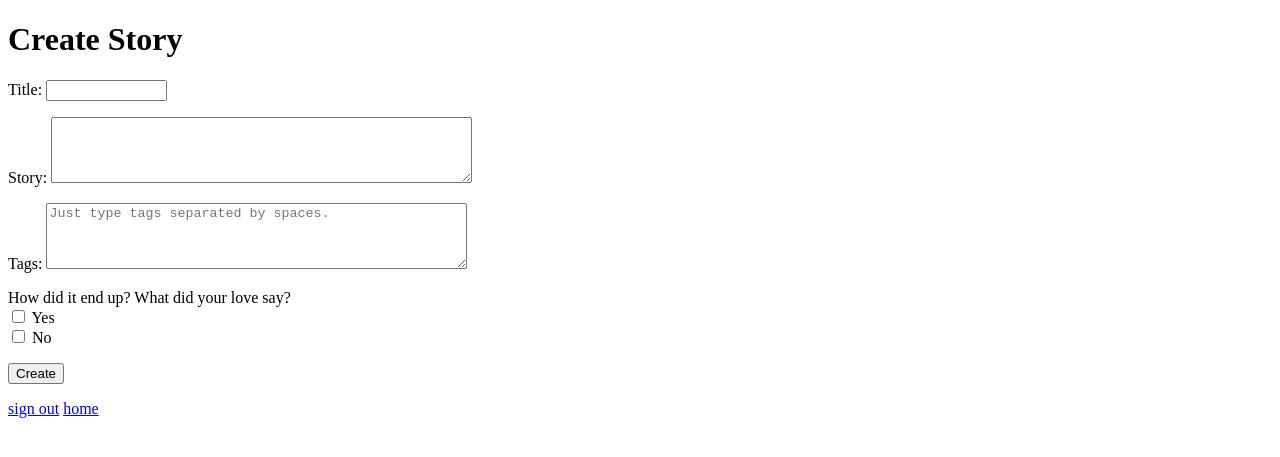
Repository: seantao97/publicProjects
Page: GuessTwoo/v8/Aptana Javascript/GuessTwooServer/views/update_conclude.html
These files come from the project's save history. The page is drawn as it stood at one moment and after the next save; the edit follows.
The browser window is 1280 px wide. The pictures show the whole page.

Above is the page before, as saved 2016-07-21 18:55:51.

### GuessTwoo/v8/Aptana Javascript/GuessTwooServer/views/update_conclude.html
<!DOCTYPE HTML PUBLIC "-//W3C//DTD HTML 4.01 Transitional//EN"
"http://www.w3.org/TR/html4/loose.dtd">
<html xmlns="http://www.w3.org/1999/xhtml">
    <head>
        <meta http-equiv="Content-Type" content="text/html; charset=utf-8" />
        <title>Create Story</title>
    </head>
    <body>
        <h1>Create Story</h1>
        <form method="post" action="/myStories/createStory" id="createStoryForm" enctype="multipart/form-data" >
            <p>
                Title:
                <input type="text" name="title" id="title" size="12" maxlength=50 required="required" />
            </p>
            <p>
                Story:
                <textarea name="story" id="story" form="createStoryForm" size="12" maxlength=1000 required="required" rows="4" cols="50"></textarea>
            </p>
            <p>
                Tags:
                <textarea type="text" name="tags" id="tags" form="createStoryForm" size="12" maxlength=1000 rows="4" cols="50" placeholder="Just type tags separated by spaces." ></textarea>
            </p>
            <p>
                How did it end up? What did your love say?<br>
                <input type="checkbox" name="vehicle" value="Bike">
                Yes
                <br>
                <input type="checkbox" name="vehicle" value="Car">
                No
            </p>

            <p>
                <input type="submit" name="createStory" id="createStory" value="Create"/>
            </p>
        </form>
        <p>
            <a href="/signout" title="sign out">sign out</a>
            <a href="/" title="home">home</a>
        </p>
    </body>
</html>

After the next save:
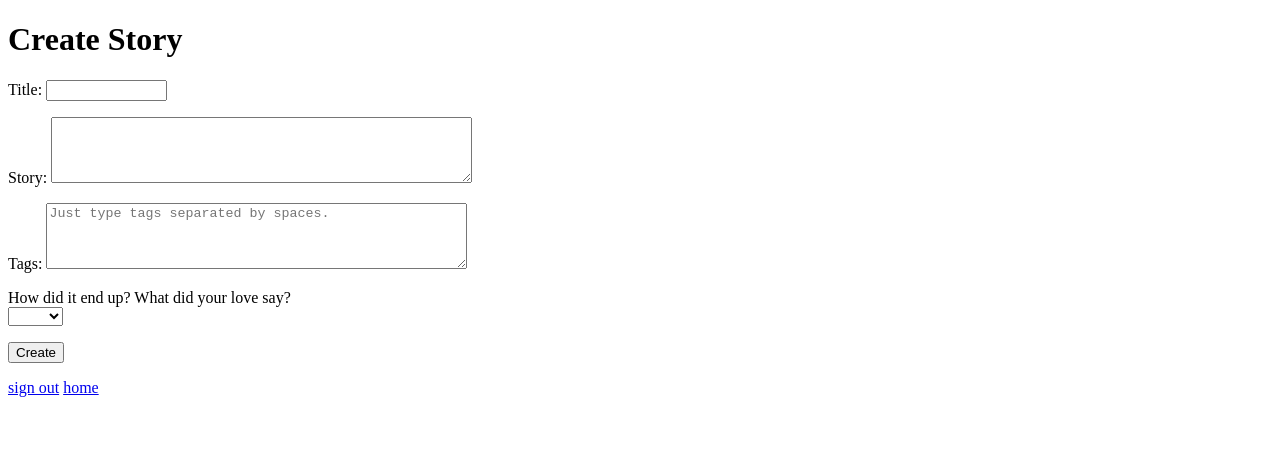
Saved 2 min 25 s later.
--- a/GuessTwoo/v8/Aptana Javascript/GuessTwooServer/views/update_conclude.html
+++ b/GuessTwoo/v8/Aptana Javascript/GuessTwooServer/views/update_conclude.html
@@ -21,12 +21,13 @@
                 <textarea type="text" name="tags" id="tags" form="createStoryForm" size="12" maxlength=1000 rows="4" cols="50" placeholder="Just type tags separated by spaces." ></textarea>
             </p>
             <p>
-                How did it end up? What did your love say?<br>
-                <input type="checkbox" name="vehicle" value="Bike">
-                Yes
+                How did it end up? What did your love say?
                 <br>
-                <input type="checkbox" name="vehicle" value="Car">
-                No
+                <select>
+                    <option value="Yes">Volvo</option>
+                    <option value="No">Saab</option>
+                    <option value="" selected></option>
+                </select>
             </p>
 
             <p>
